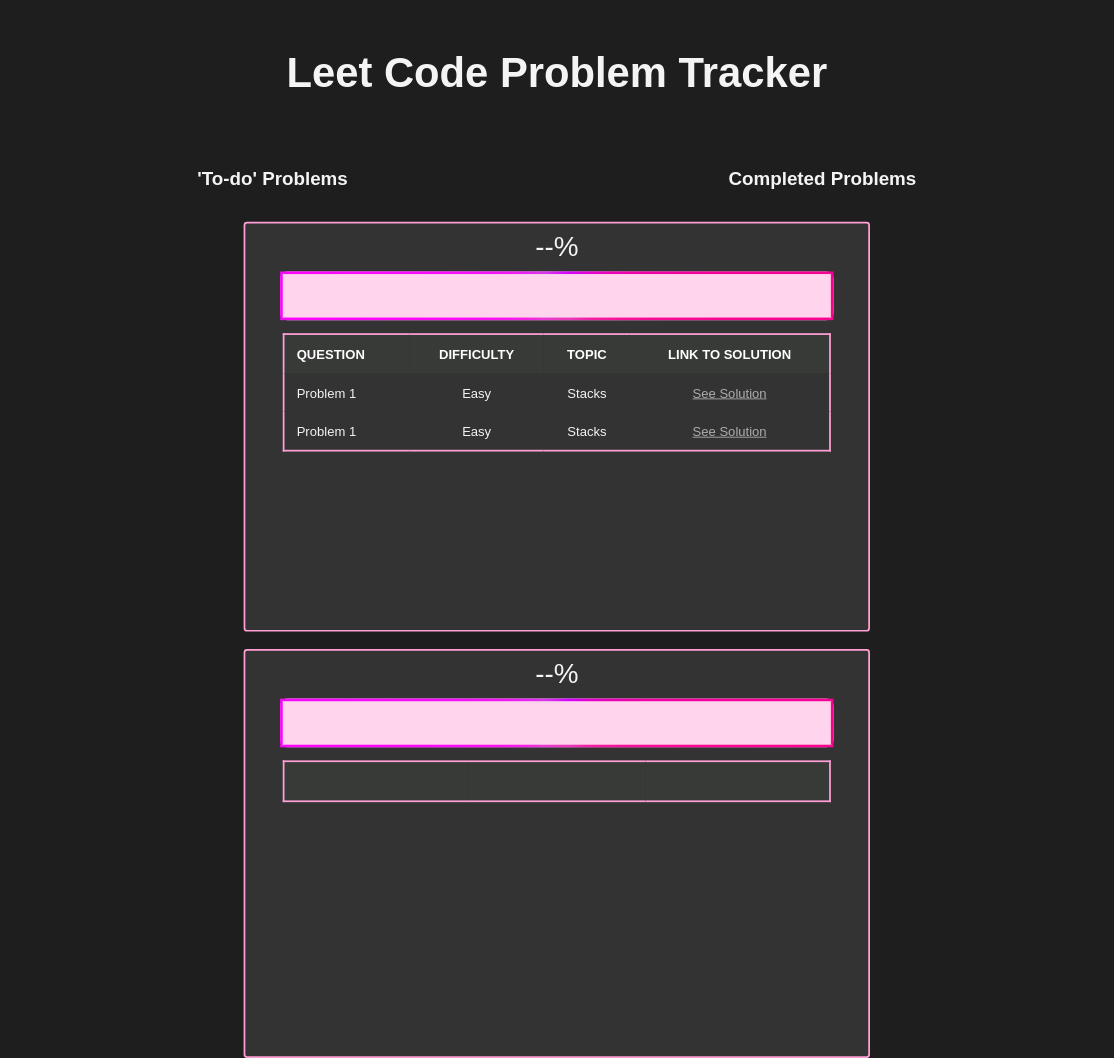
Repository: bbrockbrown/leet-code-tracker
Page: index.html
These files come from the project's save history. The page is drawn as it stood at one moment and after the next save; the edit follows.
The browser window is 1280 px wide. The pictures show the whole page, at 87% of full size.

Above is the page before, as saved 2024-07-28 17:37:38.

### index.html
<!DOCTYPE html>
<html lang="en">
<head>
    <meta charset="UTF-8">
    <meta name="viewport" content="width=device-width, initial-scale=1.0">
    <link rel="stylesheet" href="styles.css">
    <script>src="script.js"</script>
    <title>Document</title>
</head>
<body>
    <div class="main">
        <h1 id="header">Leet Code Problem Tracker</h1>
    </div>

    <div class="tracking-titles">
        <h2>'To-do' Problems</h2>
        <h2>Completed Problems</h2>
    </div>

    <div class="tracking-container">
        <!-- Have some script grab random leet code problems daily -->
        <div class="todo-tracking">
            <div class="todo-percent">--%</div>
            <div class="progressbar" id="todo-bar"> <!--% Container for progressbar --> </div>
            <table>
                <tbody>
                    <tr>
                        <th>Question</th>
                        <th>Difficulty</th>
                        <th>Topic</th>
                        <th>Link to Solution</th>
                    </tr>

                    <tr>
                        <td>Problem 1</td>
                        <td class="easy-prob">Easy</td>
                        <td class="topic">Stacks</td>
                        <td class="solution"><a href="">See Solution</a></td>
                    </tr>

                    <tr>
                        <td>Problem 1</td>
                        <td class="easy-prob">Easy</td>
                        <td class="topic">Stacks</td>
                        <td class="solution"><a href="">See Solution</a></td>
                    </tr>
                </tbody>
            </table>
        </div>

        <!-- Brings to page with links to completed problems, area to write
         notes about how it was solved, topics used, etc-->
        <div class="completed-tracking">
            <div class="completed-percent">--%</div>
            <div class="progressbar" id="completed-bar"> <!--% Container for progressbar --> </div>
            <table>
                <tbody>
                    <tr>
                        <th></th>
                        <th></th>
                        <th></th>
                    </tr>
                </tbody>
            </table>
        </div>
    </div>

    <div class="footer">
        <!-- Placeholder!!! -->
    </div>
</body>
</html>

### styles.css
:root {
    --tracking-border-color: rgb(255, 159, 213);
}

@keyframes rotate {
	to {
		--angle: 360deg;
	}
}

@property --angle {
  syntax: '<angle>';
  initial-value: 0deg;
  inherits: false;
}

html, body {
    height: 100%;
    display: flex;
    flex-direction: column;
  }

head {
    display: none;
}

body {
    font-family: Arial, sans-serif;
    background: #1e1e1e;
    margin: 0;
    padding: 0;
    color: #f4f4f4;
    overflow: hidden;
    font-size: 90%;
}

.main {
    display: flex;
    flex-flow: column;
    justify-content: center;
    align-items: center;
    padding: 24px;
}

#header {
    font-size: 48px;
}

.tracking-titles {
    display: flex;
    padding: 8px;
    justify-content: space-around;
}

.tracking-container {
    display: flex;
    flex-flow: row wrap;
    align-items: flex-start;
    justify-content: space-evenly;
    height: 100%;
}

.todo-tracking, .completed-tracking {
    border: 2px solid var(--tracking-border-color);
    border-radius: 4px;
    font-size: 32px;
    text-align: center;
    box-shadow: 8px rgb(255, 159, 213, 0.8);
    height: 100%;
    width: 700px;
    padding: 8px;
    background-color: #333;
    margin: 10px auto;
    display: inline-block;
    max-width: 75%;
    max-height: 85%;
    overflow-y: auto;
    color: #f4f4f4;
}

.todo-tracking:hover, .completed-tracking:hover {
    filter: brightness(85%);
}

/* progress bar fills more as more complete */
.progressbar {
    width: 90%;
    height: 50px;
    border-radius: 8px;
    background-color: rgb(255, 212, 236);
    margin: 10px auto;
    --angle: 0deg;
    /* FOR FUTURE: make it so user can change border gradient */
    --very-pink: rgb(249, 0, 141);
    --pink: rgb(233, 58, 183);
    --pinkish-purple: rgb(233, 58, 210);
    --magenta: magenta;
    --purple: rgb(213, 58, 233);
    --very-purple: rgb(212, 0, 255);
	border: 3px solid;
	border-image: conic-gradient(from var(--angle), var(--very-pink), var(--pink), var(--pinkish-purple), var(--magenta), var(--purple), var(--very-purple), var(--very-pink)) 1;
	animation: 4s rotate linear infinite;
}

table {
    width: 90%;
    display: table;
    margin: 15px auto;
    border-collapse: collapse;
    transition: box-shadow 0.3s ease-in-out;
    border: 2px solid var(--tracking-border-color);
    border-radius: 10px;
    box-shadow: #1e1e1e;
}

tbody {
    display: table-row-group;
    vertical-align: middle;
    unicode-bidi: isolate;
    border-color: inherit;
    font-size: 15px;
}

tr {
    display: table-row;
    vertical-align: inherit;
    unicode-bidi: isolate;
    border-color: inherit;
}

th {
    color: white;
    text-transform: uppercase;
    background-color: #373a37;
}

th:first-child, td:first-child {
    text-align: left;
}

th, td {
    padding: 8px 14px;
    transition: background-color 0.5s;
    height: 28px;
    border: 0px;
    white-space: nowrap;
}

a {
    text-decoration:underline;
    color: inherit;
}

a:visited {
    color: rgb(173, 173, 173);
}

After the next save:
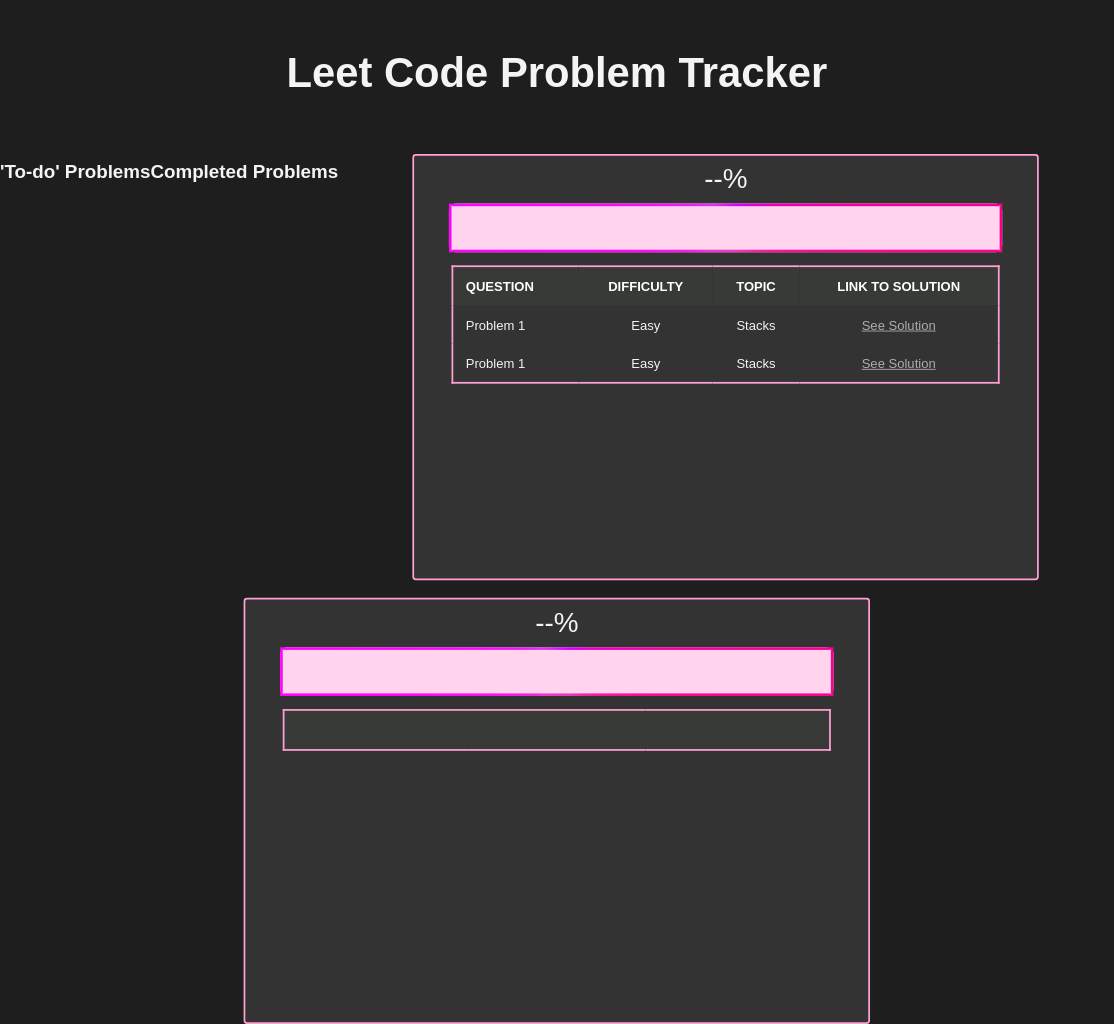
Saved 44 s later.
--- a/index.html
+++ b/index.html
@@ -12,13 +12,10 @@
         <h1 id="header">Leet Code Problem Tracker</h1>
     </div>
 
-    <div class="tracking-titles">
+    <div class="tracking-container">
+        <!-- Have some script grab random leet code problems daily -->
         <h2>'To-do' Problems</h2>
         <h2>Completed Problems</h2>
-    </div>
-
-    <div class="tracking-container">
-        <!-- Have some script grab random leet code problems daily -->
         <div class="todo-tracking">
             <div class="todo-percent">--%</div>
             <div class="progressbar" id="todo-bar"> <!--% Container for progressbar --> </div>
